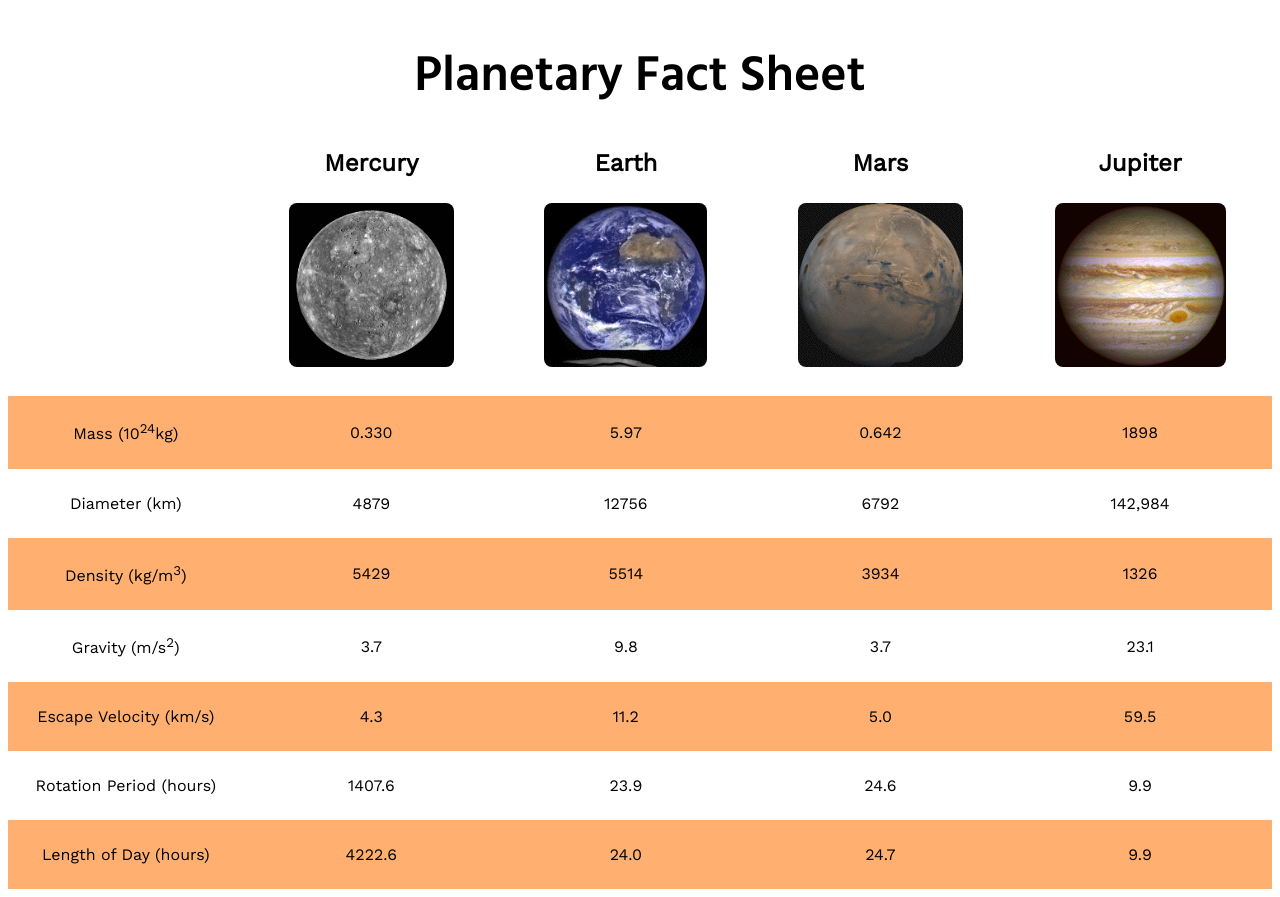
Repository: rishondass/ITMD361-Lab5
Page: index.html
An editor plug-in stored every save of this project. The page is shown before and after a run of saves, followed by the edit.
The browser window is 1280 px wide. The pictures show the whole page.

Above is the page before, as saved 2023-02-22 19:32:08.

After the next 4 saves:
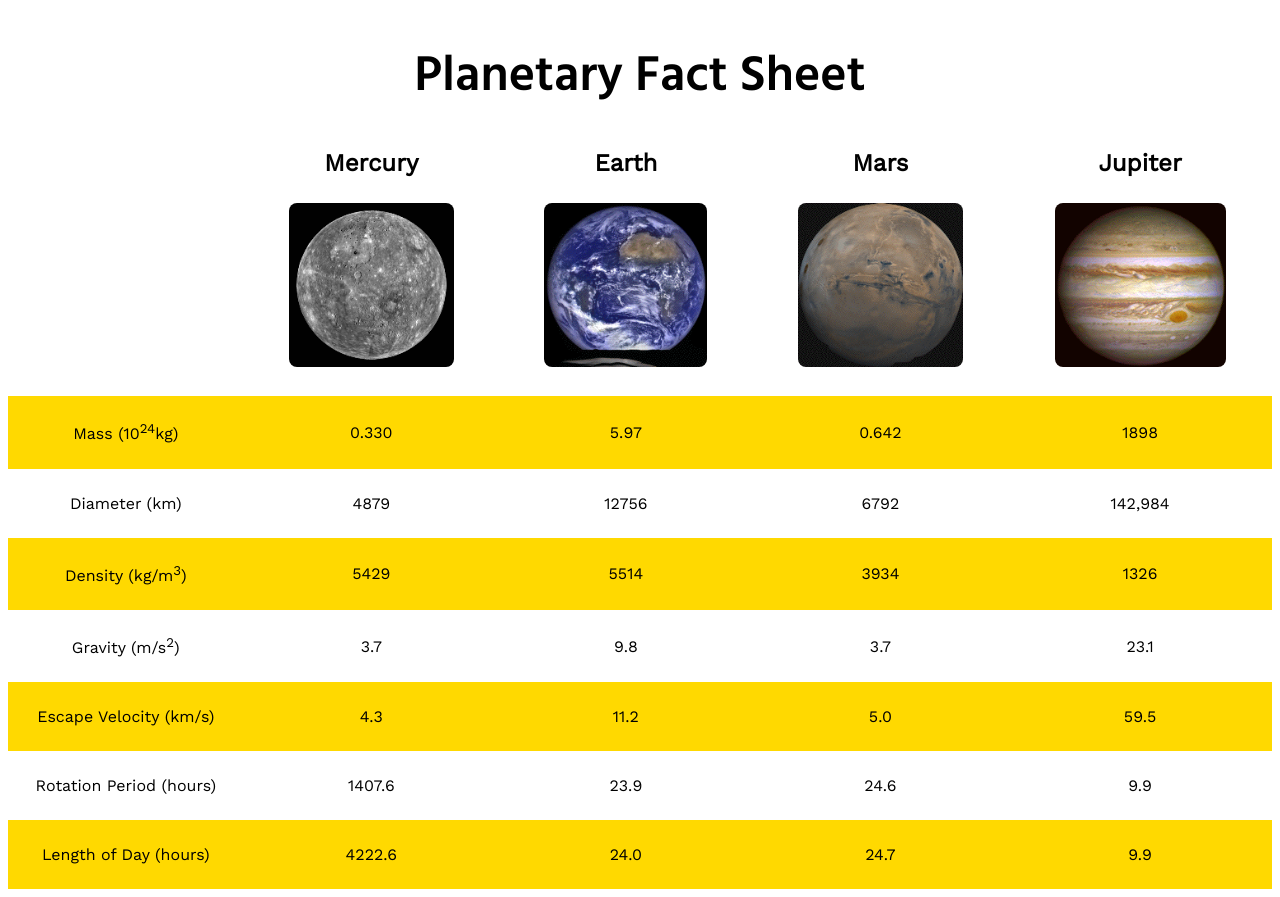
The 4 saves are shown as one change because they came seconds apart.
The last was saved 18 s later.
--- a/css/style.css
+++ b/css/style.css
@@ -26,7 +26,7 @@
 }
 
 #planets tr:nth-child(even){
-  background-color: rgba(255, 115, 0, 0.562);
+  background-color: rgb(255, 217, 0);
 }
 
 .planetImage {
